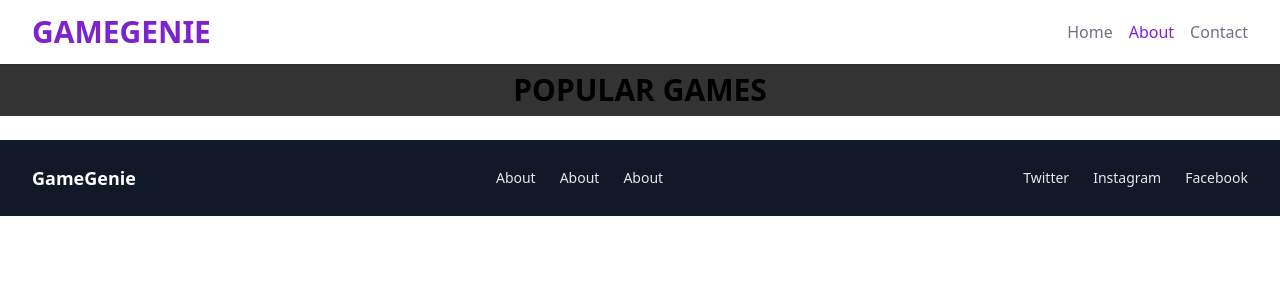
Repository: mfaeezshabbir/Gamegenie
Page: /allGames
The author's editor kept a copy of each file at every save. The page is drawn from the files as they stood at one save, then again after the next save.
The browser window is 1280 px wide. The pictures show the whole page.
The page's requests for data from a server got no answer. The project was rebuilt for these pictures with package versions that can differ from the ones it lists, and the page was loaded fresh each time. The framework's server and built-in components were replaced by stand-ins that run in the browser. No one was signed in, and anything a server would have sent is missing. Also part of the build but not shown: next.config.js, components/GameCard/GameCard.jsx.

Above is the page before, as saved 2023-04-18 13:03:18.

After the next save:
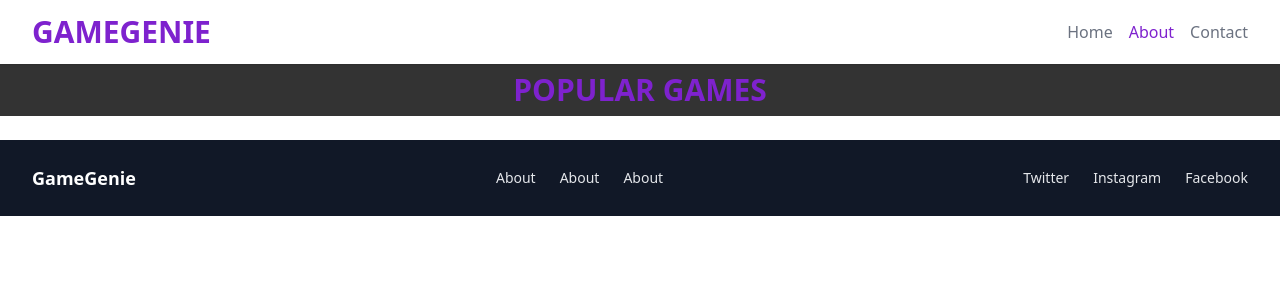
Saved 5 s later.
--- a/pages/allGames.jsx
+++ b/pages/allGames.jsx
@@ -18,7 +18,7 @@ export default function Home() {
 
   return (
     <div className="justify-center items-center" >
-      <h1 className="text-3xl text-center bg-[#333] p-2 uppercase font-bold text- " >Popular Games</h1><br />
+      <h1 className="text-3xl text-center bg-[#333] p-2 uppercase font-bold text-purple-700 " >Popular Games</h1><br />
       <div className="grid grid-cols-1 sm:grid-cols-2 lg:grid-cols-3 gap-4">
         {games.map((game) => (
           <GameCard key={game.name} game={game} />
